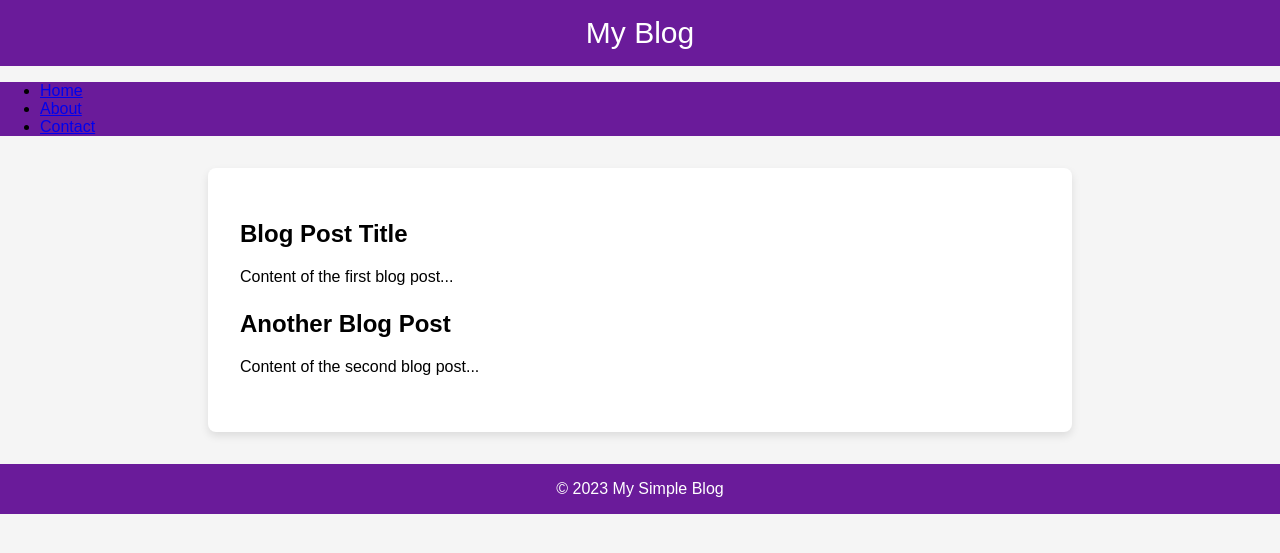
Repository: Femi007-gh/BLOG
Page: index.html
These files come from the project's save history. The page is drawn as it stood at one moment and after the next save; the edit follows.
The browser window is 1280 px wide. The pictures show the whole page.

Above is the page before, as saved 2025-01-08 09:27:09.

### index.html
<html>
  <head>
    <title>My Blog</title>
    <link rel="stylesheet" href="style.css">
  </head>
  <body>
    <header>My Blog</header>
    <nav>
      <ul>
        <li><a href="#">Home</a></li>
        <li><a href="#">About</a></li>
        <li><a href="#">Contact</a></li>
      </ul>
    </nav>
    <div class="container">
      <div class="blog-post">
        <h2>Blog Post Title</h2>
        <p>Content of the first blog post...</p>
      </div>
      <div class="blog-post">
        <h2>Another Blog Post</h2>
        <p>Content of the second blog post...</p>
      </div>
    </div>
    <footer>
      &copy; 2023 My Simple Blog
    </footer>
  </body>
  </html>

### style.css
body {
  margin: 0;
  font-family: Arial;
  background-color: #f5f5f5;
}

header {
  background-color: #6a1b9a;
  color: white;
  text-align: center;
  padding: 1rem;
  font-size: 30px;
}

nav {
  background-color: #6a1b9a;

}




.container {
  margin: 2rem auto;
  max-width: 800px;
  background-color: white;
  border-radius: 8px;
  padding: 2rem;
  box-shadow: 0 4px 8px rgba(0, 0, 0, 0.1);
}

.blog-post {
  margin-bottom: 1.5rem;
}

footer {
  background-color: #6a1b9a;
  color: white;
  text-align: center;
  padding: 1rem 0;
  margin-top: 2rem;
}

After the next save:
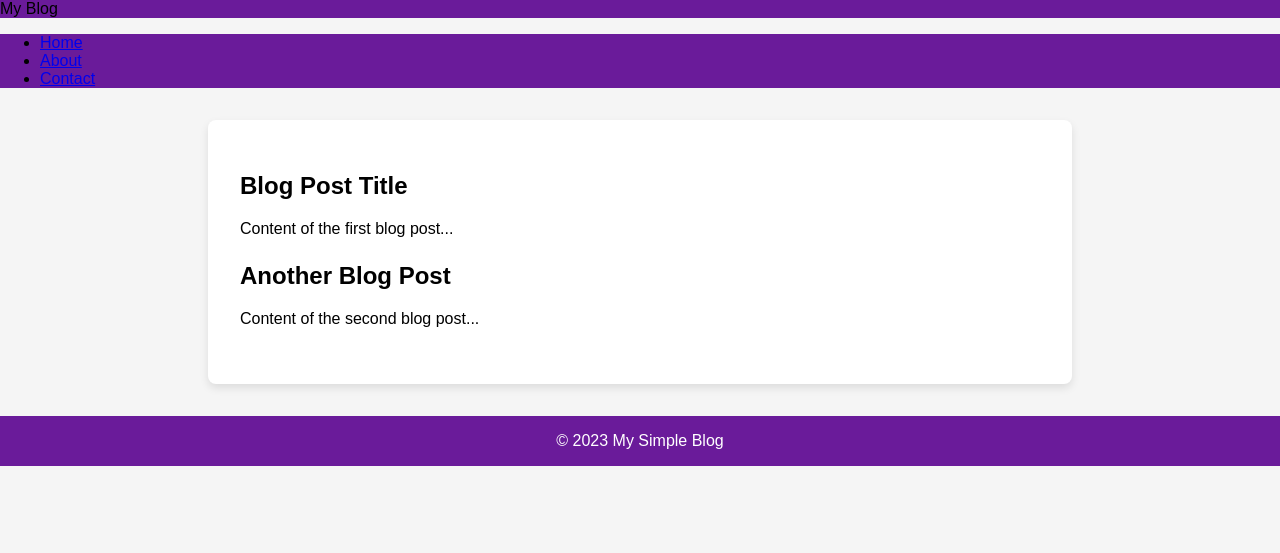
Saved 11 s later.
--- a/style.css
+++ b/style.css
@@ -6,10 +6,7 @@ body {
 
 header {
   background-color: #6a1b9a;
-  color: white;
-  text-align: center;
-  padding: 1rem;
-  font-size: 30px;
+
 }
 
 nav {
